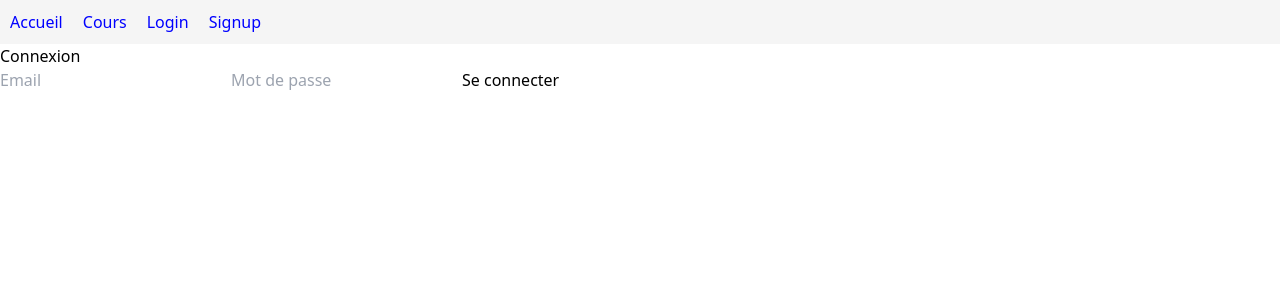
Repository: abdernossair/Studyfi
Page: /login (app in frontend-react/)
The author's editor kept a copy of each file at every save. The page is drawn from the files as they stood at one save, then again after the next save.
The browser window is 1280 px wide. The pictures show the whole page.
The project was rebuilt for these pictures with package versions that can differ from the ones it lists, and the page was loaded fresh each time. Also part of the build but not shown: frontend-react/src/pages/Home.js, frontend-react/src/pages/Signup.js, frontend-react/src/pages/Courses.js, frontend-react/src/pages/CourseDetail.js.

Above is the page before, as saved 2025-01-08 02:23:44.

After the next save:
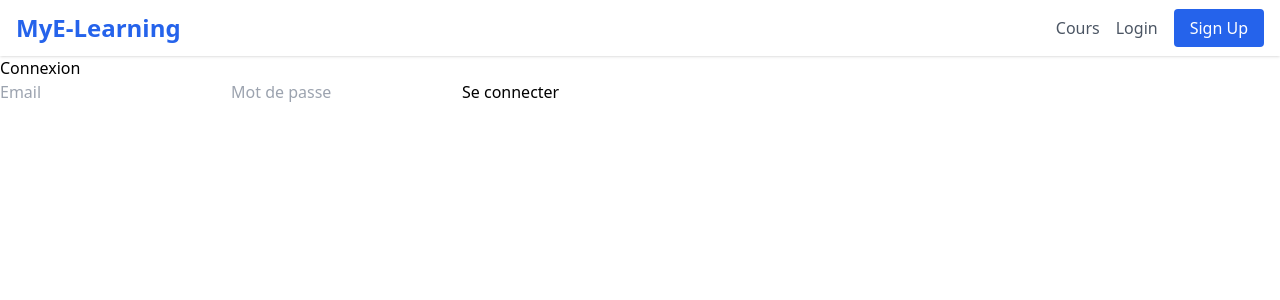
Saved 103 s later.
--- a/frontend-react/src/components/Navbar.js
+++ b/frontend-react/src/components/Navbar.js
@@ -3,26 +3,35 @@ import { Link } from 'react-router-dom';
 
 const Navbar = () => {
   return (
-    <nav style={styles.navbar}>
-      <Link to="/" style={styles.link}>Accueil</Link>
-      <Link to="/courses" style={styles.link}>Cours</Link>
-      <Link to="/login" style={styles.link}>Login</Link>
-      <Link to="/signup" style={styles.link}>Signup</Link>
-    </nav>
+    <header className="bg-white shadow sticky top-0 z-50">
+      <div className="container mx-auto px-4 py-3 flex items-center justify-between">
+        <Link to="/" className="text-2xl font-bold text-blue-600">
+          MyE-Learning
+        </Link>
+
+        <nav className="space-x-4">
+          <Link
+            to="/courses"
+            className="text-gray-600 hover:text-blue-600 transition"
+          >
+            Cours
+          </Link>
+          <Link
+            to="/login"
+            className="text-gray-600 hover:text-blue-600 transition"
+          >
+            Login
+          </Link>
+          <Link
+            to="/signup"
+            className="px-4 py-2 bg-blue-600 text-white rounded hover:bg-blue-700 transition"
+          >
+            Sign Up
+          </Link>
+        </nav>
+      </div>
+    </header>
   );
 };
 
-const styles = {
-  navbar: {
-    display: 'flex',
-    gap: '20px',
-    background: '#f5f5f5',
-    padding: '10px'
-  },
-  link: {
-    textDecoration: 'none',
-    color: 'blue'
-  }
-};
-
 export default Navbar;
